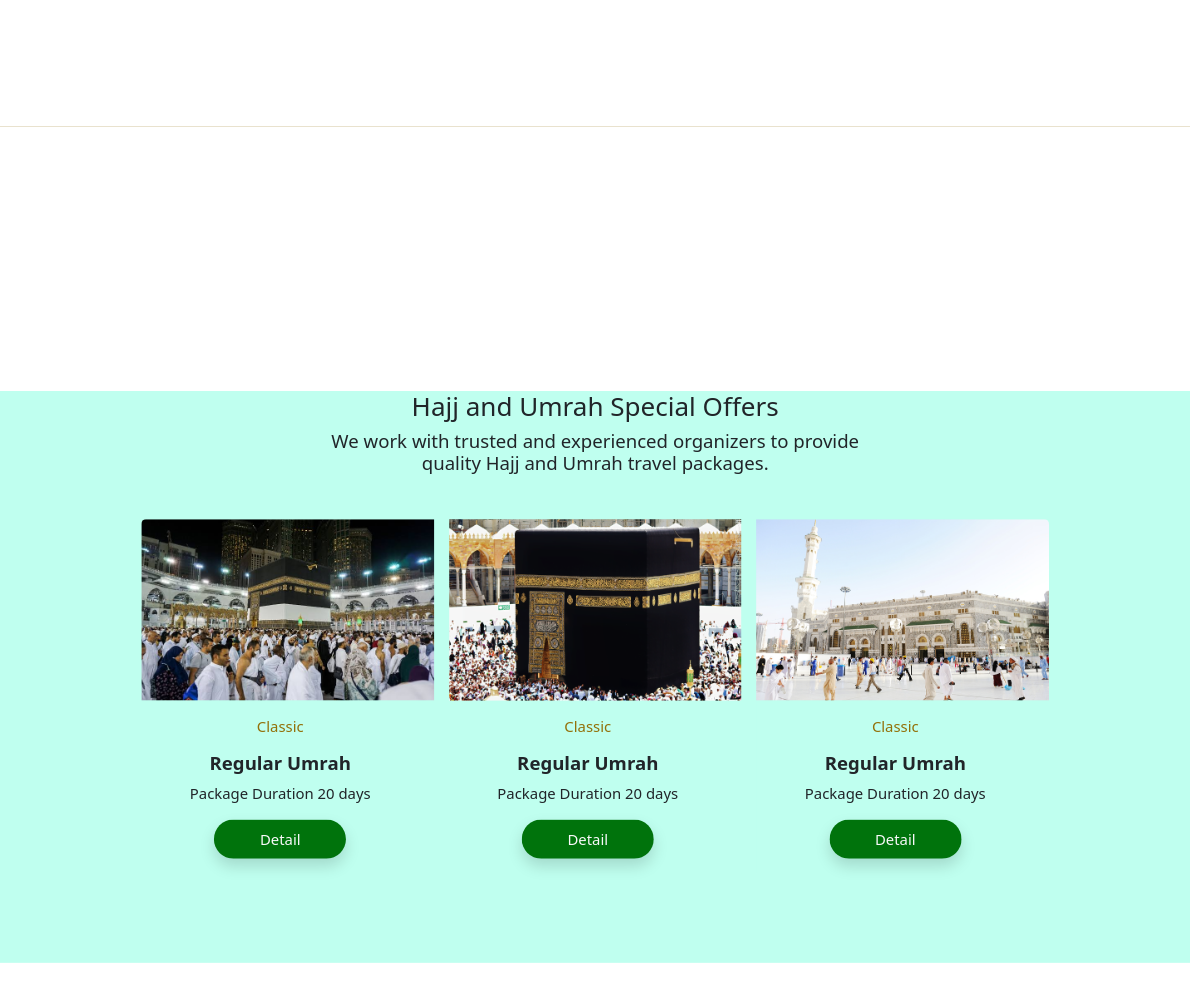
Repository: Putrabobi/Task7
Page: index.html
The author's editor kept a copy of each file at every save. The page is drawn from the files as they stood at one save, then again after the next save.
The browser window is 1280 px wide. The pictures show the part of the page from y = 2053 to 3136 px (the page is 3136 px tall before and 2852 px after), at 93% of full size.
A picture or video elsewhere on the page could not be fetched, so the positions and the page height are approximate.

Above is the page before, as saved 2024-03-25 14:25:58.

### index.html
<!DOCTYPE html>
<html lang="en">

<head>
    <meta charset="UTF-8">
    <meta name="viewport" content="width=device-width, initial-scale=1.0">
    <title>Haji & Umroh</title>
    <link href="https://cdn.jsdelivr.net/npm/bootstrap@5.3.3/dist/css/bootstrap.min.css" rel="stylesheet"
        integrity="sha384-QWTKZyjpPEjISv5WaRU9OFeRpok6YctnYmDr5pNlyT2bRjXh0JMhjY6hW+ALEwIH" crossorigin="anonymous">
</head>

<body>

    <!-- Navbar -->
    <nav class="navbar navbar-expand-lg  bg-body-tertiary mb-4">
        <div class="container-fluid">
            <a class="navbar-brand" href="#">
                <span style="color: darkgreen;" class="fw-bold">Uda</span>
                <span style="color: olive;" class="fw-bold">Tour</span>
            </a>

            <button class="navbar-toggler" type="button" data-bs-toggle="collapse"
                data-bs-target="#navbarSupportedContent" aria-controls="navbarSupportedContent" aria-expanded="false"
                aria-label="Toggle navigation">
                <span class="navbar-toggler-icon"></span>
            </button>
            <div class="collapse navbar-collapse" id="navbarSupportedContent">
                <ul class="navbar-nav me-auto mb-2 mb-lg-0 mx-auto">
                    <li class="nav-item" style="margin-right: 30px;">
                        <a class="nav-link active" aria-current="page" href="#"
                            style="border-bottom: 4px solid #00570f; color: #000000;">Home</a>
                    </li>
                    <li class="nav-item" style="margin-right: 30px;">
                        <a class="nav-link" href="#" style="color: #000;">Haji</a>
                    </li>
                    <li class="nav-item" style="margin-right: 30px;">
                        <a class="nav-link disabled" style="color: #000;">Umroh</a>
                    </li>
                    <li class="nav-item" style="margin-right: 30px;">
                        <a class="nav-link disabled" style="color: #000;">Blog</a>
                    </li>
                    <li class="nav-item" style="margin-right: 30px;">
                        <a class="nav-link disabled" style="color: #000;">Gallery</a>
                    </li>
                </ul>
                <button class="btn btn-outline-dark" type="submit">Register</button>
            </div>

        </div>
    </nav>

    <!-- Background -->

    <div class="position-relative text-center mb-5">
        <img src="images/mekkah.jpg" style="filter: brightness(50%);" alt="Mekkah" width="100%">
        <h1 class="position-absolute top-0 start-50 translate-middle-x text-light" style="margin-top: 5%;">Take you on a
            holy journey</h1>
        <h5 class="position-absolute top-0 start-50 translate-middle-x text-light" style="margin-top: 45%;">Find the
            best Hajj travel package that suits your needs. Enjoy a worship experience guided by a professional and
            experienced team.</h5>
        <button type="button"
            style="position: absolute; bottom: 20px; left: 50%; transform: translateX(-50%); background-color: green; color: white; padding: 10px 50px; border: none; border-radius: 100px; cursor: pointer;">Explore</button>
    </div>

    <!-- Maskapai -->

    <div style="text-align: center;">
        <h1>Our Partner</h1>
        <img src="images/maskapai1.png" alt="maskapai1" style="width: 350px;">
        <img src="images/maskapai2.png" alt="maskapai2" style="width: 350px;">
        <img src="images/maskapai3.png" alt="maskapai3" style="width: 350px;">
        <img src="images/maskapai4.png" alt="maskapai4" style="width: 350px;">
    </div>

    <div>
        <svg xmlns="http://www.w3.org/2000/svg" viewBox="0 0 1440 320">
            <path fill="#8f6b00" fill-opacity="1"
                d="M0,64L120,96C240,128,480,192,720,192C960,192,1200,128,1320,96L1440,64L1440,320L1320,320C1200,320,960,320,720,320C480,320,240,320,120,320L0,320Z">
            </path>>
        </svg>
    </div>
    <div style="background-color: #8f6b00; position: relative;" class="text-white">
        <div class="container d-flex justify-content-center align-items-center">
            <div class="row">
                <div class=" text-center">
                    <h3 class="fw-bold pb-3">Hajj and Umrah Program</h3>
                    <h5 class="py-3 mb-3" style="width: 50%; margin: 0 auto;">Find complete and well-organized Hajj and
                        Umrah
                        programs. Get a package that meets your needs for a meaningful spiritual journey.</h5>
                    <button class="btn text-light padding: 10px 50px rounded-5 px-5 py-2 shadow"
                        style="background-color: #00730c;">Explore</button>
                </div>
                <div class="">
                    <img src="img/kabah_only.png" alt="" width="20%"
                        style="position: absolute; left: 25; top: 50%; transform: translateY(-50%);">
                </div>
            </div>
        </div>
        <svg xmlns="http://www.w3.org/2000/svg" viewBox="0 0 1440 320">
            <path fill="#ffffff" fill-opacity="1"
                d="M0,160L120,138.7C240,117,480,75,720,74.7C960,75,1200,117,1320,138.7L1440,160L1440,320L1320,320C1200,320,960,320,720,320C480,320,240,320,120,320L0,320Z">
            </path>
        </svg>
    </div>

    <div class="">
        <img src="images/mekkah4.png" alt="" width="20%"
            style="position: absolute; left: 5%; top: 250%;  transform: translateY(-50%);">
    </div>

    </div>
    </div>
    <svg xmlns="http://www.w3.org/2000/svg" viewBox="0 0 720 160">
        <path fill="#ffffff" fill-opacity="1" d="M0,80L60,69.35C120,58.7,240,37,360,42.7C480,48,600,80,720,96L720,160L640,160C560,160,480,160,360,160C240,160,120,160,60,160L0,160Z"></path>
    </svg>

    </div>
    </div>

    <div class="my-10" style="background-color: rgb(191, 255, 239); text-align: center;">
    <div style="margin: 0 auto; max-width: 600px;">
        <h3>Hajj and Umrah Special Offers</h3>
        <h5>We work with trusted and experienced organizers to provide quality Hajj and Umrah travel packages.</h5>
    </div>
    <div class="my-5 mx-5 px-5 pb-5 justify-content-center">
        <div class="card-group mx-5 pb-5">
            <div class="card mx-2 border-0" style="width: 20rem; background-color: rgb(191, 255, 239);">
                <img src="images/mekkah1.jpeg" class="card-img-top" alt="mekkah1" style="max-width: 100%;">
                <div class="card-body ps-0">
                    <p class="card-text" style="color: #937009;">Classic</p>
                    <h5 class="card-title mt-2 fw-bold">Regular Umrah</h5>
                    <p class="card-text">Package Duration 20 days</p>
                    <button class="btn text-light padding: 10px 50px rounded-5 px-5 py-2 shadow"
                        style="background-color: #00730c;">Detail</button>
                </div>
            </div>
            <div class="card mx-2 border-0" style="width: 20rem; background-color: rgb(191, 255, 239);">
                <img src="images/mekkah2.png" class="card-img-top" alt="mekkah2" style="max-width: 100%;">
                <div class="card-body ps-0">
                    <p class="card-text" style="color: #937009;">Classic</p>
                    <h5 class="card-title mt-2 fw-bold">Regular Umrah</h5>
                    <p class="card-text">Package Duration 20 days</p>
                    <button class="btn text-light padding: 10px 50px rounded-5 px-5 py-2 shadow"
                        style="background-color: #00730c;">Detail</button>
                </div>
            </div>
            <div class="card mx-2 border-0" style="width: 20rem; background-color: rgb(191, 255, 239);">
                <img src="images/mekkah3.jpg" class="card-img-top" alt="mekkah1" style="max-width: 500%;">
                <div class="card-body ps-0">
                    <p class="card-text" style="color: #937009;">Classic</p>
                    <h5 class="card-title mt-2 fw-bold">Regular Umrah</h5>
                    <p class="card-text">Package Duration 20 days</p>
                    <button class="btn text-light padding: 10px 50px rounded-5 px-5 py-2 shadow"
                        style="background-color: #00730c;">Detail</button>
                </div>
            </div>
        </div>
    </div>
</div>











</body>

</html>

After the next save:
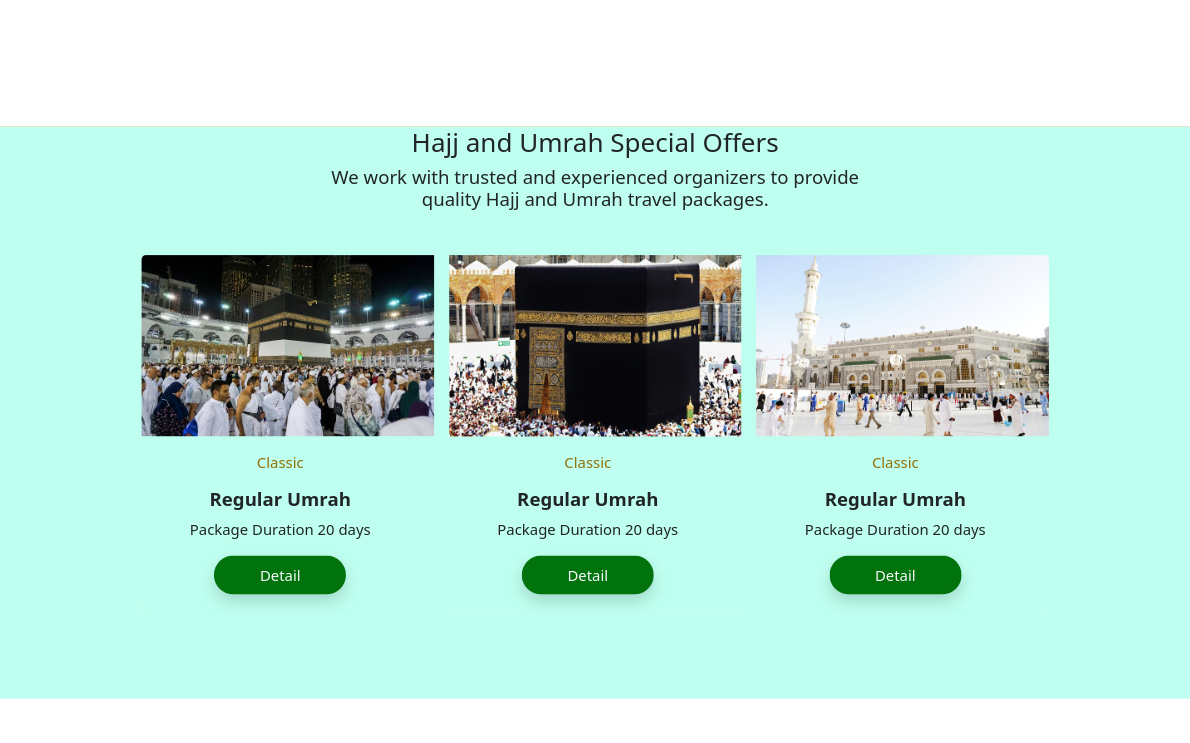
Saved 80 s later.
--- a/index.html
+++ b/index.html
@@ -110,9 +110,9 @@
 
     </div>
     </div>
-    <svg xmlns="http://www.w3.org/2000/svg" viewBox="0 0 720 160">
+    <!-- <svg xmlns="http://www.w3.org/2000/svg" viewBox="0 0 720 160">
         <path fill="#ffffff" fill-opacity="1" d="M0,80L60,69.35C120,58.7,240,37,360,42.7C480,48,600,80,720,96L720,160L640,160C560,160,480,160,360,160C240,160,120,160,60,160L0,160Z"></path>
-    </svg>
+    </svg> -->
 
     </div>
     </div>
